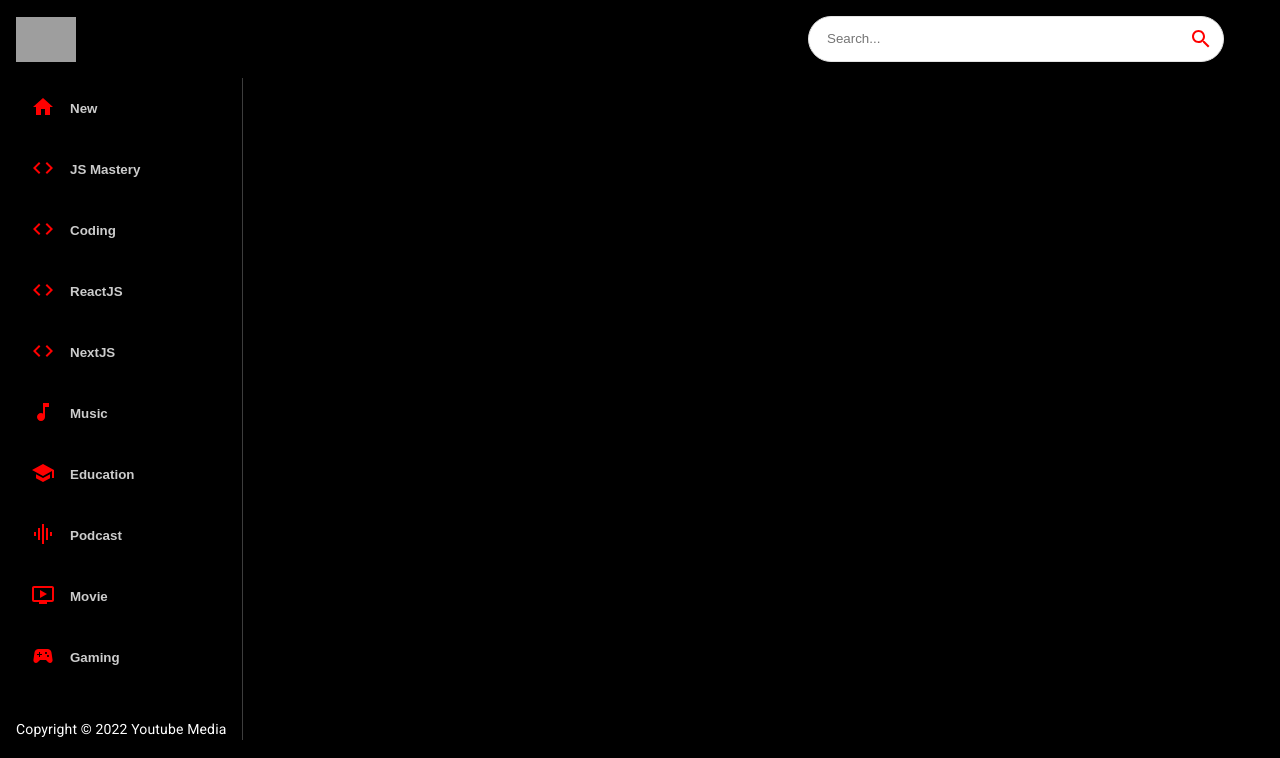
Repository: Ellisvelandia/YOUTUBE2
Page: /
An editor plug-in stored every save of this project. The page is shown before and after the next save, followed by the edit.
The browser window is 1280 px wide. The pictures show the whole page.
Pictures or frames that could not be fetched are drawn as grey boxes. The project was rebuilt for these pictures with package versions that can differ from the ones it lists, and the page was loaded fresh each time. Also part of the build but not shown: src/components/ChannelDetail.jsx, src/components/VideoDetail.jsx, src/components/SearchFeed.jsx.

Above is the page before, as saved 2022-08-26 17:44:14.

### public/index.html
<!DOCTYPE html>
<html lang="en">
  <head>
    <meta charset="utf-8" />
    <link rel="icon" href="%PUBLIC_URL%/favicon.ico" />
    <meta name="viewport" content="width=device-width, initial-scale=1" />
    <meta name="theme-color" content="#000000" />
    <meta
      name="description"
      content="Web site created using create-react-app"
    />
    <link rel="apple-touch-icon" href="%PUBLIC_URL%/logo192.png" />

    <link rel="manifest" href="%PUBLIC_URL%/manifest.json" />

    <link
      rel="stylesheet"
      href="https://fonts.googleapis.com/css?family=Roboto:300,400,500,700&display=swap"
    />
    <link
      rel="stylesheet"
      href="https://fonts.googleapis.com/icon?family=Material+Icons"
    />
    <title>Youtube 2.0 App</title>
  </head>
  <body>
    <noscript>You need to enable JavaScript to run this app.</noscript>
    <div id="root"></div>
  </body>
</html>

### src/components/index.js
// export { default as ChannelCard } from './ChannelCard';
// export { default as VideoCard } from './VideoCard';
export { default as ChannelDetail } from './ChannelDetail';
export { default as Feed } from './Feed';
// export { default as Loader } from './Loader';
export { default as Navbar } from './Navbar';
export { default as SearchBar } from './SearchBar';
export { default as VideoDetail } from './VideoDetail';
export { default as SearchFeed } from './SearchFeed';
// export { default as Videos } from './Videos';
export { default as Sidebar } from './Sidebar';

### src/components/Feed.jsx
// import React, { useEffect, useState } from "react";
import { Box, Stack, Typography } from "@mui/material";

// import { fetchFromAPI } from "../utils/fetchFromAPI";
import {  Sidebar } from "./";

const Feed = () => {
  // const [selectedCategory, setSelectedCategory] = useState("New");
  // // const [videos, setVideos] = useState(null);

  // useEffect(() => {
  //   setVideos(null);

  //   fetchFromAPI(`search?part=snippet&q=${selectedCategory}`).then((data) =>
  //     setVideos(data.items)
  //   );
  // }, [selectedCategory]);

  return (
    <Stack sx={{ flexDirection: { sx: "column", md: "row" } }}>
      <Box
        sx={{
          height: { sx: "auto", md: "92vh" },
          borderRight: "1px solid #3d3d3d",
          px: { sx: 0, md: 2 },
        }}
      >
        <Sidebar
          // selectedCategory={selectedCategory}
          // setSelectedCategory={setSelectedCategory}
        />

        <Typography
          className="copyright"
          variant="body2"
          sx={{ mt: 1.5, color: "#fff" }}
        >
          Copyright © 2022 Youtube Media
        </Typography>
      </Box>

      <Box p={2} sx={{ overflowY: "auto", height: "90vh", flex: 2 }}>
        <Typography
          variant="h4"
          fontWeight="bold"
          mb={2}
          sx={{ color: "white" }}
        >
          {/* {selectedCategory} <span style={{ color: "#FC1503" }}>videos</span> */}
        </Typography>

        {/* <Videos videos={videos} /> */}
      </Box>
    </Stack>
  );
};

export default Feed;

### src/components/Navbar.jsx
import { Stack } from "@mui/material";
import { Link } from "react-router-dom";

import { logo } from "../utils/constants";
import SearchBar from "./SearchBar";

const Navbar = () => (
  <Stack
    direction="row"
    alignItems="center"
    p={2}
    sx={{
      position: "sticky",
      background: "#000",
      top: 0,
      justifyContent: "space-between",
    }}
  >
    <Link to="/" style={{ display: "flex", alignItems: "center" }}>
      <img src={logo} alt="logo" height={45} />
    </Link>
    <SearchBar />
  </Stack>
);

export default Navbar;

### src/components/SearchBar.jsx
// import { useState } from "react";
// import { useNavigate } from "react-router-dom";
import { Paper, IconButton } from "@mui/material";
import { Search } from "@mui/icons-material";

const SearchBar = () => {
  return (
    <Paper
      component="form"
      onSubmit={() => {}}
      sx={{
        borderRadius: 20,
        border: "1px solid #e3e3e3",
        pl: 2,
        boxShadow: "none",
        mr: { sm: 5 },
      }}
    >
      <input
        className="search-bar"
        placeholder="Search..."
        value=""
        onChange={() => {}}
      />
      <IconButton type="submit" sx={{ p: "10px", color: "red" }}>
        <Search />
      </IconButton>
    </Paper>
  );
};

export default SearchBar;

### src/components/Sidebar.jsx
import React from "react";
import { Stack } from "@mui/material";

import { categories } from "../utils/constants";

const Categories = ({ selectedCategory, setSelectedCategory }) => (
  <Stack
    direction="row"
    sx={{
      overflowY: "auto",
      height: { sx: "auto", md: "95%" },
      flexDirection: { md: "column" },
    }}
  >
    {categories.map((category) => (
      <button
        className="category-btn"
        onClick={() => setSelectedCategory(category.name)}
        style={{
          background: category.name === selectedCategory && "#FC1503",
          color: "white",
        }}
        key={category.name}
      >
        <span
          style={{
            color: category.name === selectedCategory ? "white" : "red",
            marginRight: "15px",
          }}
        >
          {category.icon}
        </span>
        <span
          style={{ opacity: category.name === selectedCategory ? "1" : "0.8" }}
        >
          {category.name}
        </span>
      </button>
    ))}
  </Stack>
);

export default Categories;

### src/utils/constants.js
import MusicNoteIcon from "@mui/icons-material/MusicNote";
import HomeIcon from "@mui/icons-material/Home";
import CodeIcon from "@mui/icons-material/Code";
import OndemandVideoIcon from "@mui/icons-material/OndemandVideo";
import SportsEsportsIcon from "@mui/icons-material/SportsEsports";
import LiveTvIcon from "@mui/icons-material/LiveTv";
import SchoolIcon from "@mui/icons-material/School";
import FaceRetouchingNaturalIcon from "@mui/icons-material/FaceRetouchingNatural";
import CheckroomIcon from "@mui/icons-material/Checkroom";
import GraphicEqIcon from "@mui/icons-material/GraphicEq";
import TheaterComedyIcon from "@mui/icons-material/TheaterComedy";
import FitnessCenterIcon from "@mui/icons-material/FitnessCenter";
import DeveloperModeIcon from "@mui/icons-material/DeveloperMode";

export const logo = "https://i.ibb.co/s9Qys2j/logo.png";

export const categories = [
  { name: "New", icon: <HomeIcon /> },
  { name: "JS Mastery", icon: <CodeIcon /> },
  { name: "Coding", icon: <CodeIcon /> },
  { name: "ReactJS", icon: <CodeIcon /> },
  { name: "NextJS", icon: <CodeIcon /> },
  { name: "Music", icon: <MusicNoteIcon /> },
  { name: "Education", icon: <SchoolIcon /> },
  { name: "Podcast", icon: <GraphicEqIcon /> },
  { name: "Movie", icon: <OndemandVideoIcon /> },
  { name: "Gaming", icon: <SportsEsportsIcon /> },
  { name: "Live", icon: <LiveTvIcon /> },
  { name: "Sport", icon: <FitnessCenterIcon /> },
  { name: "Fashion", icon: <CheckroomIcon /> },
  { name: "Beauty", icon: <FaceRetouchingNaturalIcon /> },
  { name: "Comedy", icon: <TheaterComedyIcon /> },
  { name: "Gym", icon: <FitnessCenterIcon /> },
  { name: "Crypto", icon: <DeveloperModeIcon /> },
];

export const demoThumbnailUrl = "https://i.ibb.co/G2L2Gwp/API-Course.png";
export const demoChannelUrl = "/channel/UCmXmlB4-HJytD7wek0Uo97A";
export const demoVideoUrl = "/video/GDa8kZLNhJ4";
export const demoChannelTitle = "JavaScript Mastery";
export const demoVideoTitle =
  "Build and Deploy 5 JavaScript & React API Projects in 10 Hours - Full Course | RapidAPI";
export const demoProfilePicture =
  "http://dergipark.org.tr/assets/app/images/buddy_sample.png";

Loaded but not shown: src/index.js (common file); src/App.js (common file); src/index.css (common file)

After the next save:
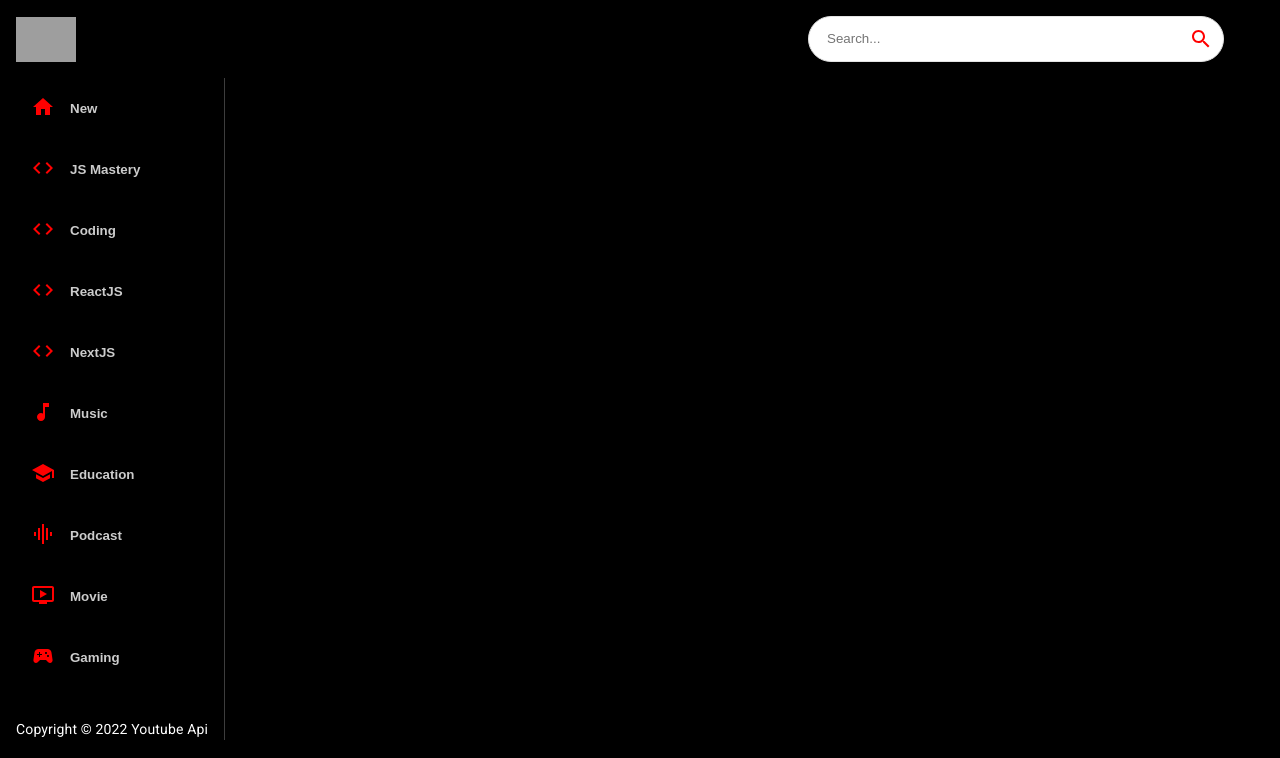
Saved 9 s later.
--- a/src/components/Feed.jsx
+++ b/src/components/Feed.jsx
@@ -35,7 +35,7 @@ const Feed = () => {
           variant="body2"
           sx={{ mt: 1.5, color: "#fff" }}
         >
-          Copyright © 2022 Youtube Media
+          Copyright © 2022 Youtube Api
         </Typography>
       </Box>
 
